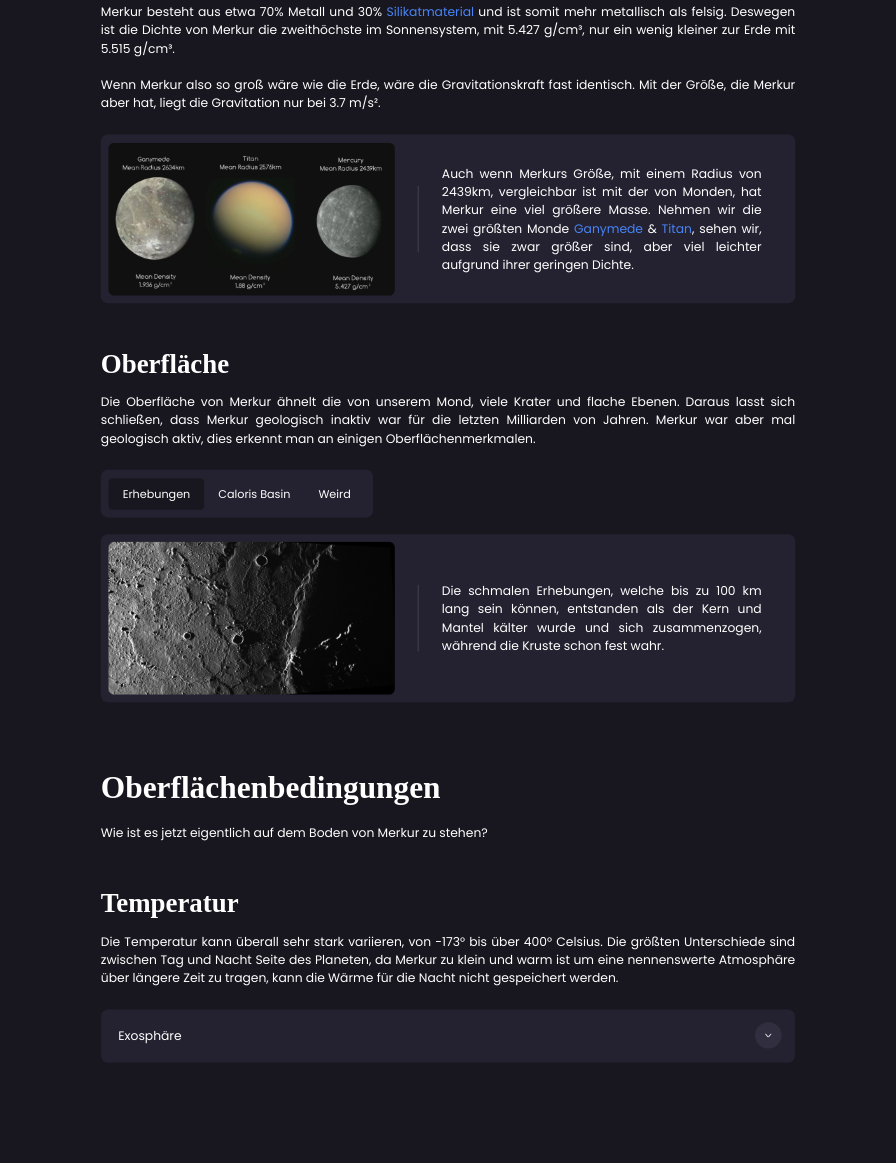
Repository: moreno-livak/solar
Page: dist/html/merkur.html
The author's editor kept a copy of each file at every save. The page is drawn from the files as they stood at one save, then again after the next save.
The browser window is 1280 px wide. The pictures show the part of the page from y = 1333 to 3253 px (the page is 2995 px tall before and 3253 px after), at 70% of full size.
The style sheet was rebuilt from its Sass, Less or Tailwind sources for each picture, by a compiler version that may differ from the author's.

Above is the page before, as saved 2022-05-07 13:35:21.

After the next save:
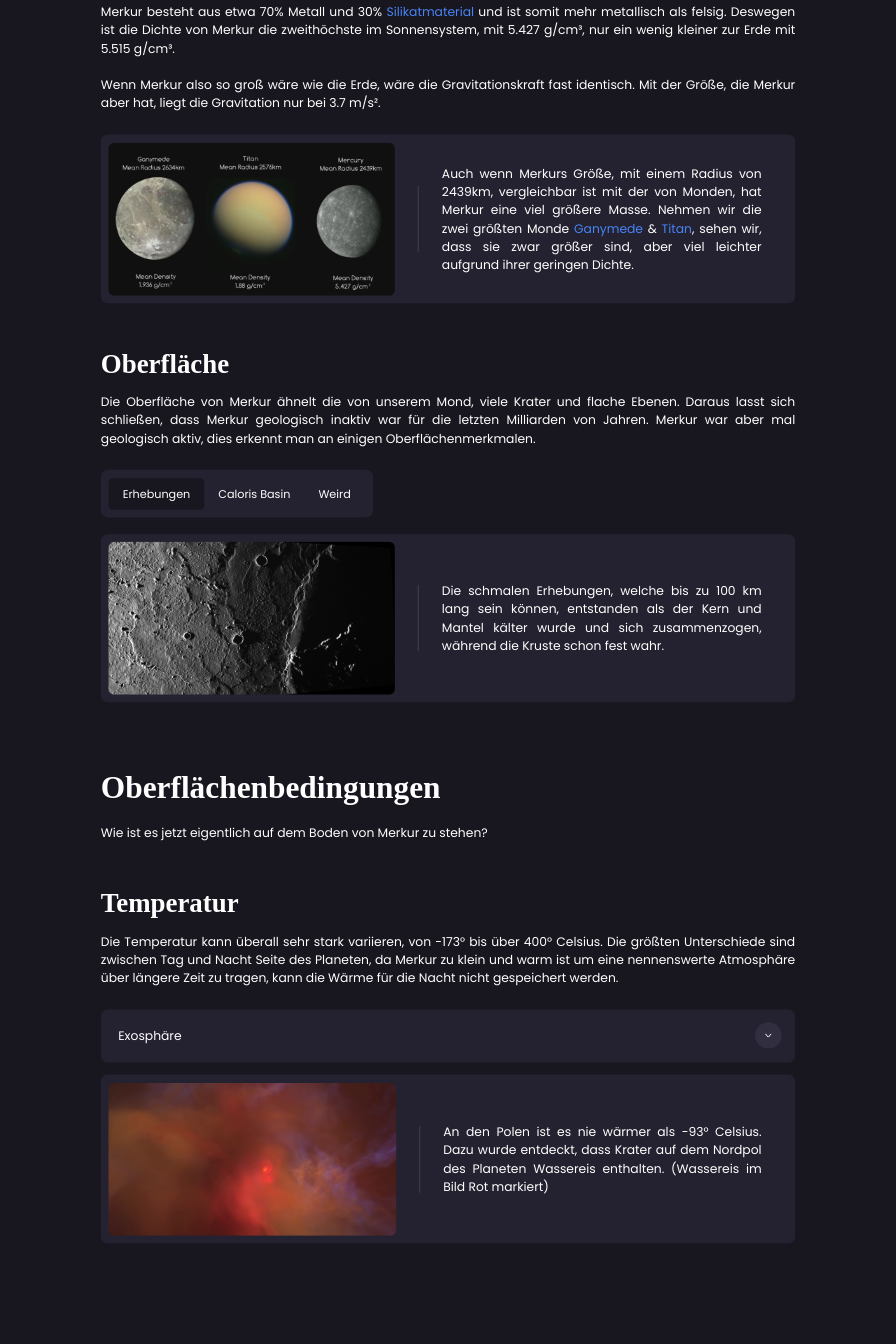
Saved 65 s later.
--- a/dist/html/merkur.html
+++ b/dist/html/merkur.html
@@ -170,6 +170,14 @@
         </div>
     </div>
 
+    <div class="content">
+      <img src="assets/Protostern.png" alt="Protostern">
+      <div class="vl"></div>
+      <p>An den Polen ist es nie wärmer als -93° Celsius. Dazu wurde entdeckt,
+        dass Krater auf dem Nordpol des Planeten Wassereis enthalten.
+        (Wassereis im Bild Rot markiert)</p>
+  </div>
+
   </section>
 
 
